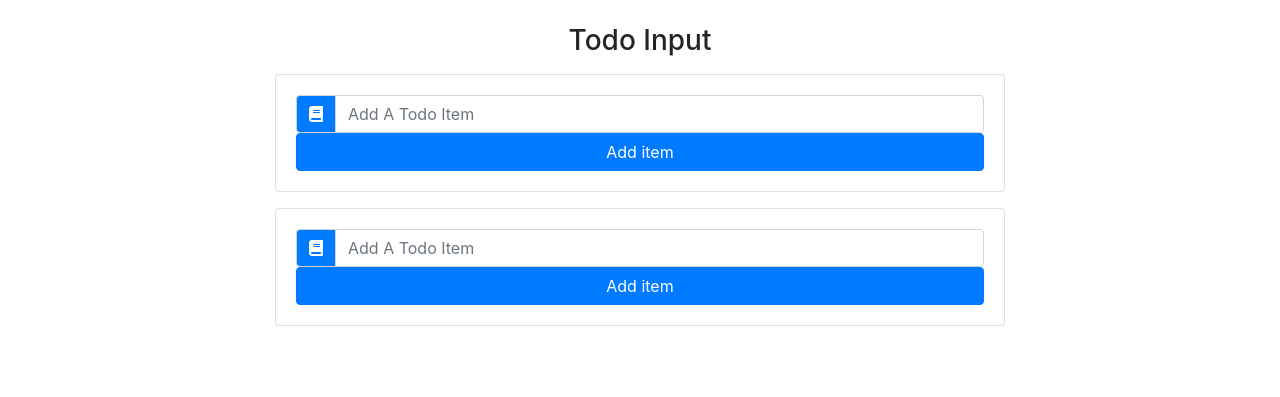
Repository: TomoyaKuroda/React-Simple-Todo-App
Page: /
These files come from the project's save history. The page is drawn as it stood at one moment and after the next save; the edit follows.
The browser window is 1280 px wide. The pictures show the whole page.
Some web libraries are served in a nearby version. The project was rebuilt for these pictures with package versions that can differ from the ones it lists, and the page was loaded fresh each time.

Above is the page before, as saved 2018-12-06 22:07:39.

After the next save:
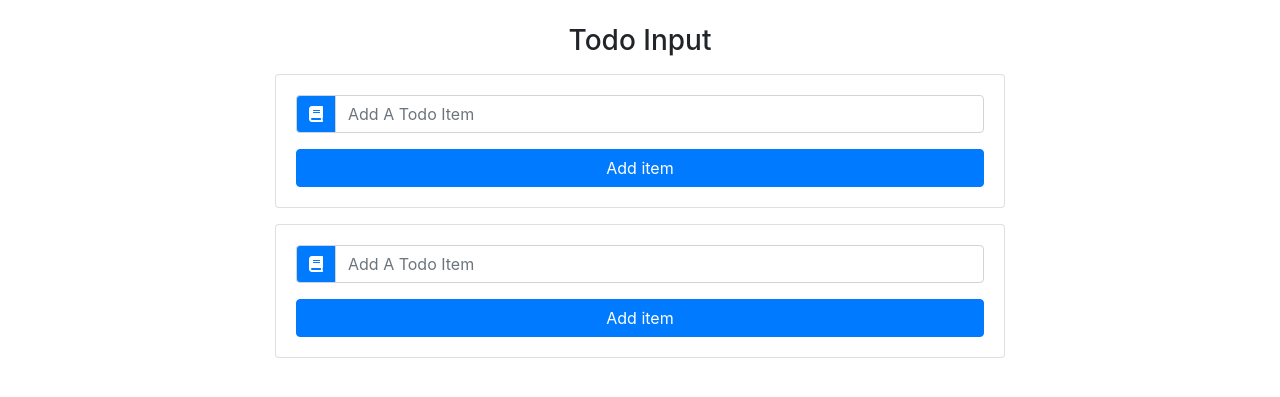
Saved 7 s later.
--- a/src/components/TodoInput.js
+++ b/src/components/TodoInput.js
@@ -16,7 +16,7 @@ export default class TodoInput extends Component {
         placeholder="add a todo item">
         </input>
         </div>
-        <button type="submit" className="btn btn-block btn-primary">Add item</button>
+        <button type="submit" className="btn btn-block btn-primary mt-3">Add item</button>
         </form>
       </div>
     )
